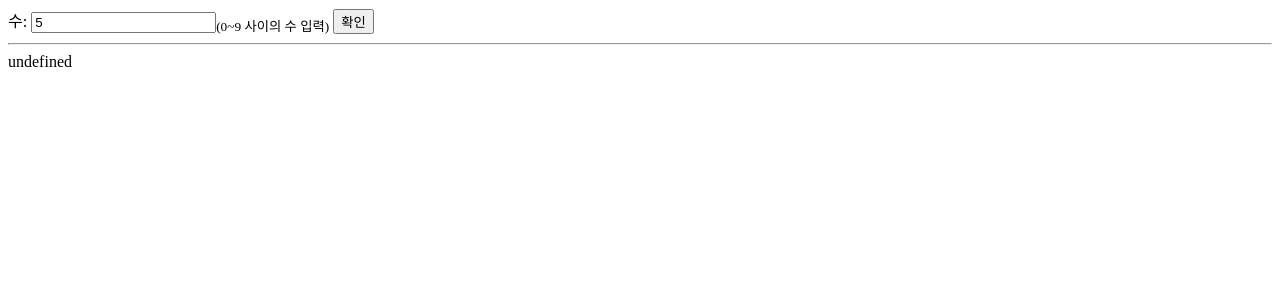
Repository: Jin0207/javaScript
Page: day0103/src/main/webapp/digitToKor02.html
The author's editor kept a copy of each file at every save. The page is drawn from the files as they stood at one save, then again after the next save.
The browser window is 1280 px wide. The pictures show the whole page.
Empty fields were first filled with sample values (such as "Sample", 5 or name@example.com).
After loading, the first visible `button` was clicked once.

Above is the page before, as saved 2022-01-03 06:31:26.

After the next save:
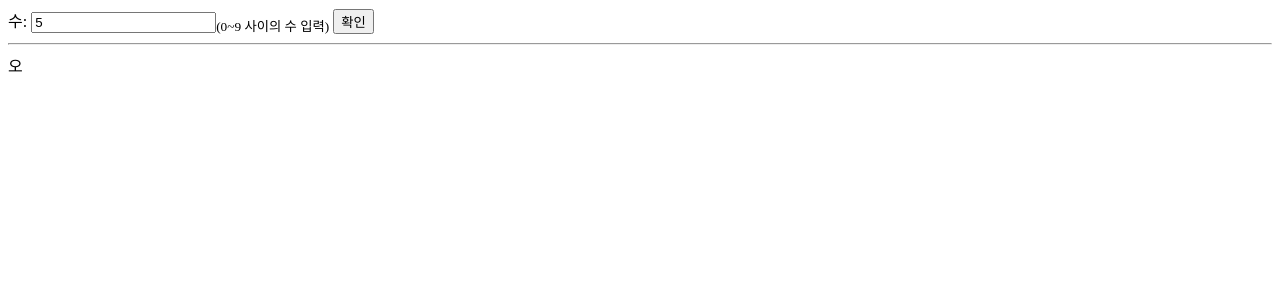
Saved 11 s later.
--- a/day0103/src/main/webapp/digitToKor02.html
+++ b/day0103/src/main/webapp/digitToKor02.html
@@ -8,7 +8,7 @@
 		const arr = ["영", "일", "이", "삼", "사", "오", "육", "칠", "팔", "구", ];
 		const num = Number(document.getElementById("num").value);
 		console.log(num);
-		let result;
+		let result = arr[num];
 
 
 		document.getElementById("result").innerHTML = `${result}`;
